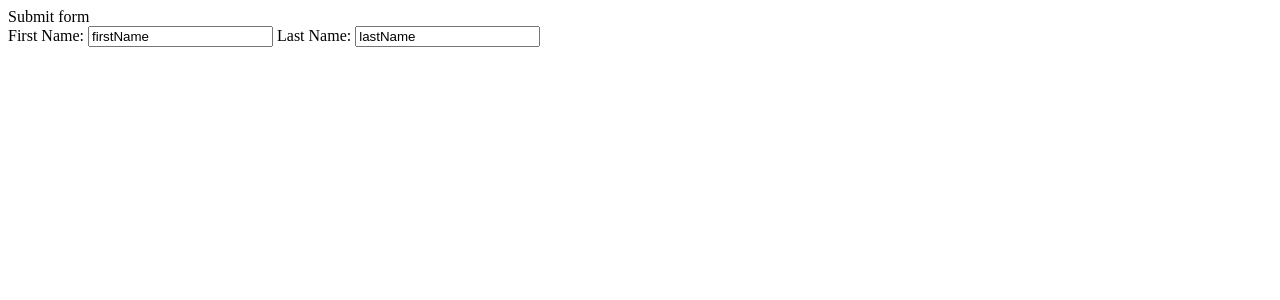
Repository: RedOx98/eclipse-workspace
Page: http://localhost/javaBeansWithForms/form.jsp
These files come from the project's save history. The page is drawn as it stood at one moment and after the next save; the edit follows.
The browser window is 1280 px wide. The pictures show the whole page.
The page is served by Tomcat 9.

Above is the page before, as saved 2024-05-16 13:03:12.

### javaBeansWithForms/src/main/webapp/form.jsp



<%@ page language="java" contentType="text/html; charset=UTF-8"
    pageEncoding="UTF-8"%>
<!DOCTYPE html>
<html>
<head>
<meta charset="UTF-8">
<title>Get property</title>
</head>
<body>
Submit form <br/>
<jsp:useBean id="user" class="org.olahammed.beans.User" scope="session"></jsp:useBean>

<form action="formValue.jsp">
First Name: <input type="text" name="firstName" value='<jsp:getProperty property="firstName" name="user"/>' required/>
Last Name: <input type="text" name="lastName" value='<jsp:getProperty property="lastName" name="user"/>' required/>
</form>
</body>
</html>

### javaBeansWithForms/src/main/java/org/olahammed/beans/User.java
package org.olahammed.beans;

public class User {
	private String firstName;
	private String lastName;

	public User() {
		firstName= "firstName";
		lastName= "lastName";
	}
	public String getFirstName() {
		return firstName;
	}
	public void setFirstName(String firstName) {
		this.firstName = firstName;
	}
	public String getLastName() {
		return lastName;
	}
	public void setLastName(String lastName) {
		this.lastName = lastName;
	}
}

After the next save:
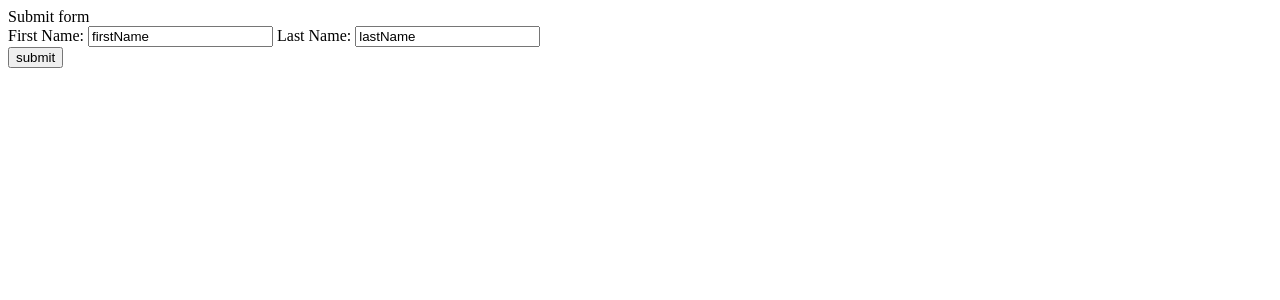
Saved 104 s later.
--- a/javaBeansWithForms/src/main/webapp/form.jsp
+++ b/javaBeansWithForms/src/main/webapp/form.jsp
@@ -15,7 +15,8 @@ Submit form <br/>
 
 <form action="formValue.jsp">
 First Name: <input type="text" name="firstName" value='<jsp:getProperty property="firstName" name="user"/>' required/>
-Last Name: <input type="text" name="lastName" value='<jsp:getProperty property="lastName" name="user"/>' required/>
+Last Name: <input type="text" name="lastName" value='<jsp:getProperty property="lastName" name="user"/>' required/><br/>
+<input type="submit" value="submit"/>
 </form>
 </body>
 </html>
